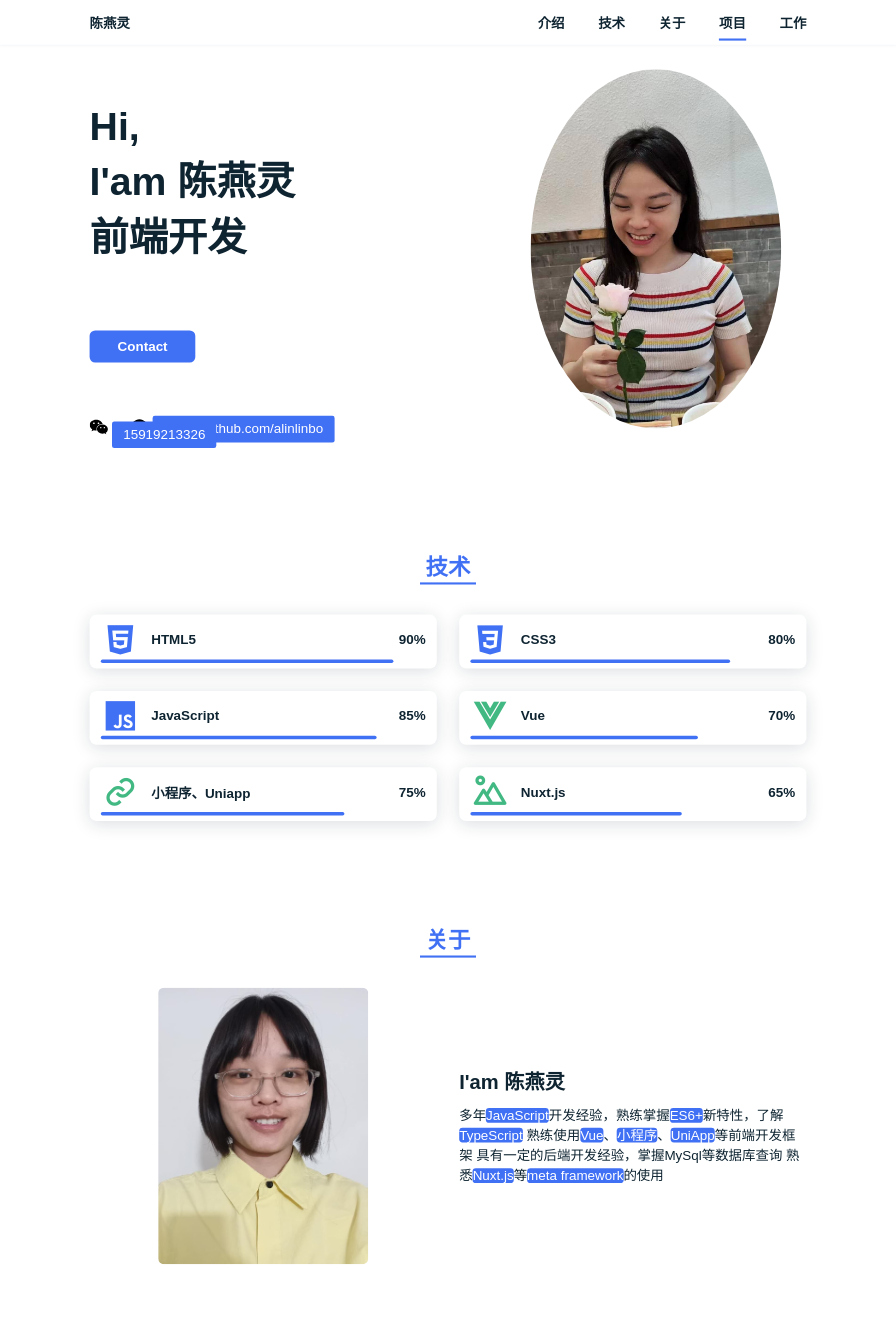
Repository: alinlinbo/yanling-resume-site
Page: index.html
An editor plug-in stored every save of this project. The page is shown before and after the next save, followed by the edit.
The browser window is 1280 px wide. The pictures show the part of the page from y = 0 to 1920 px (the page is 3770 px tall), at 70% of full size.

Above is the page before, as saved 2023-09-18 19:58:10.

### index.html
<!DOCTYPE html>
<html lang="en">

<head>
    <meta charset="UTF-8">
    <meta name="viewport" content="width=device-width, initial-scale=1.0">

    <link rel="stylesheet" href="assets/css/style.css">
    <link href='https://unpkg.com/boxicons@2.1.4/css/boxicons.min.css' rel='stylesheet'>
    <link rel="stylesheet" href="https://cdnjs.cloudflare.com/ajax/libs/font-awesome/5.15.4/css/all.min.css" />
    <title>陈燕灵简历网站</title>

</head>

<body>
    <!-- header -->

    <header class="l-header">
        <nav class="nav bd-grid">
            <div>
                <a href="#" class="nav__logo">陈燕灵</a>
            </div>

            <div class="nav__menu" id="nav-menu">
                <ul class="nav__list">
                    <li class="nav__item">
                        <a href="#home" class="nav__link active">介绍</a>
                    </li>
                    <li class="nav__item">
                        <a href="#skills" class="nav__link">技术</a>
                    </li>
                    <li class="nav__item">
                        <a href="#about" class="nav__link">关于</a>
                    </li>
                    <li class="nav__item">
                        <a href="#project" class="nav__link">项目</a>
                    </li>
                    <li class="nav__item">
                        <a href="#work" class="nav__link">工作</a>
                    </li>

                    <!-- <li class="nav__item">
                        <a href="#contact" class="nav__link">Contact</a>
                    </li> -->
                </ul>
            </div>
            <div class="nav__toggle" id="nav-toggle">
                <svg class="icon svg-icon" aria-hidden="true">
                    <use xlink:href="#icon-list"></use>
                </svg>
            </div>
        </nav>
    </header>

    <main class="l-main">
        <!-- hrme -->
        <section class="home section bd-grid" id="home">
            <div class="home__data">
                <h1 class="home__title">
                    Hi,<br>I'am <span class="home__title-color">陈燕灵</span><br> 前端开发
                </h1>
                <h1 class="phone">电话：15919213326</h1>
                <a href="#" style="position: relative; z-index: 10;" class="button" id="contact">Contact</a>
            </div>
            <div class="home__social">
                <a href="#" class="home__social-icon" id="wechat">
                    <svg class="svg-icon-home icon" aria-hidden="true">
                        <use xlink:href="#icon-weixin"></use>
                    </svg>
                </a>
                <div class="home__social-icon" style="position: relative;">
                    <a href="#">
                        <svg class="svg-icon-home icon" aria-hidden="true">
                            <use xlink:href="#icon-github-fill"></use>
                        </svg>

                    </a>
                    <div class=" home__git">
                        <a href="https://github.com/alinlinbo">https://github.com/alinlinbo</a>
                    </div>
                </div>
                <div class="home__social-icon">
                    <a href="#" >
                        <svg class="svg-icon-home svg-icon icon" aria-hidden="true">
                            <use xlink:href="#icon-phone"></use>
                        </svg>
                    </a>
                    <div class=" home__phone">
                        <div>15919213326</div>
                    </div>
                </div>



                <div class=" home__code">
                    <img src="assets/img/wechat_code.png" alt="">
                </div>


            </div>

            <div class="home__img">
                <img class="home__img" src="assets/img/head1.jpg" alt="">
            </div>
        </section>

        <section class="skills section" id="skills">
            <h2 class="section-title">技术</h2>

            <div class="project__container bd-grid">
                <div class="skills__data">
                    <div class="skills__item">
                        <div class="skill__introduce">
                            <div class="skills__intr__r">
                                <i class='bx bxl-html5 skills__icon'></i><span>HTML5</span>
                            </div>

                            <div class="skills__bar">90%</div>
                        </div>

                        <div class="skills__line skills__line90"></div>
                    </div>
                </div>
                <div class="skills__data">
                    <div class="skills__item">
                        <div class="skill__introduce">
                            <div class="skills__intr__r">
                                <i class='bx bxl-css3 skills__icon'></i><span>CSS3</span>
                            </div>

                            <div class="skills__bar">80%</div>
                        </div>

                        <div class="skills__line80 skills__line"></div>
                    </div>
                </div>
                <div class="skills__data">
                    <div class="skills__item">
                        <div class="skill__introduce">
                            <div class="skills__intr__r">
                                <i class='bx bxl-javascript skills__icon'></i><span>JavaScript</span>
                            </div>

                            <div class="skills__bar">85%</div>
                        </div>

                        <div class="skills__line85 skills__line"></div>
                    </div>
                </div>
                <div class="skills__data">
                    <div class="skills__item">
                        <div class="skill__introduce">
                            <div class="skills__intr__r">
                                <i class='bx bxl-vuejs skills__icon color-vue'></i><span>Vue</span>
                            </div>

                            <div class="skills__bar">70%</div>
                        </div>

                        <div class="skills__line70 skills__line"></div>
                    </div>
                </div>
                <div class="skills__data">
                    <div class="skills__item">
                        <div class="skill__introduce">
                            <div class="skills__intr__r">
                                <i class='bx bx-link skills__icon color-vue'></i><span>小程序、Uniapp</span>
                            </div>

                            <div class="skills__bar">75%</div>
                        </div>

                        <div class=" skills__line skills__line75"></div>
                    </div>
                </div>
                <div class="skills__data">
                    <div class="skills__item">
                        <div class="skill__introduce">
                            <div class="skills__intr__r">
                                <i class='bx bx-landscape skills__icon color-vue'></i><span>Nuxt.js</span>
                            </div>

                            <div class="skills__bar">65%</div>
                        </div>

                        <div class=" skills__line skills__line65"></div>
                    </div>
                </div>
            </div>
        </section>
        <section class="about section" id="about">
            <h2 class="section-title">关于</h2>
            <div class="about__container bd-grid">
                <div class="about__img">
                    <img src="assets/img/about.jpg" alt="">
                </div>
                <div>
                    <h2 class="about__subtitle">I'am 陈燕灵</h2>
                    <p class="about__text">
                        多年<span>JavaScript</span>开发经验，熟练掌握<span>ES6+</span>新特性，了解<span>TypeScript</span>
                        熟练使用<span>Vue</span>、<span>小程序</span>、<span>UniApp</span>等前端开发框架
                        具有一定的后端开发经验，掌握<soan>MySql</soan>等数据库查询
                        熟悉<span>Nuxt.js</span>等<span>meta framework</span>的使用</p>
                </div>
        </section>

        <section class="project section" id="project">
            <h2 class="section-title">项目</h2>
            <div class="project__container bd-grid">
                <div class="project__data">
                    <div class="project__item">
                        <h2 class="project__subtitle">个人线上简历</h2>
                        <span class="project__text">使用Css和JavaScript开发的个人线上简历，利用媒体查询和Rem特性同时适配了PC端和移动端，且实现了一些动画</span>
                    </div>
                </div>
                <div class="project__data">
                    <div class="project__item">
                        <h2 class="project__subtitle">润通联合云管家</h2>
                        <span
                            class="project__text">基于uniapp框架开发的微信小程序的缴费小程序。实现了缴费、房屋管理、报修管理等模块的页面、接口对接以及交互。以及axios封装和导航栏等公用组件的封装。</span>
                    </div>
                </div>
                <div class="project__data">
                    <div class="project__item">
                        <h2 class="project__subtitle">寺院后台管理系统</h2>
                        <span
                            class="project__text">使用jq，bootstrap和vue开发的寺院后台管理系统，实现了文章管理，用户管理,项目管理等模块前端页面的编写与接口的对接，在项目中对ajax请求进行封装，为接口调用添加了拦截器和loading动画，有效减少代码量并提高开发效率</span>
                    </div>
                </div>
                <div class="project__data">
                    <div class="project__item">
                        <h2 class="project__subtitle">寺院公众号项目</h2>
                        <span
                            class="project__text">使用jq开发的微信公众号微站，实现了首页，详情页，我的页面等的接口对接及样式修改，针对业务场景封装底部及顶部导航栏、头部返回等公用组件，提高代码复用</span>
                    </div>
                </div>
                <div class="project__data">
                    <div class="project__item">
                        <h2 class="project__subtitle">1983抽盒机</h2>
                        <span
                            class="project__text">基于原生微信小程序、支付宝小程序商城，项目使用小程序自带的组件，完成了优惠券红包领取、活动页主页、海报分享、抽盲盒等模块的接口对接及样式修改</span>
                    </div>
                </div>
                <div class="project__data">
                    <div class="project__item">
                        <h2 class="project__subtitle">新八佰伴等商城小程序</h2>
                        <span
                            class="project__text">基于uni-app框架开发的微信小程序商城，项目使用uview组件和uni-app自带的组件，完成了购物、详情、提交订单等模块的接口对接及样式修改</span>
                    </div>
                </div>
                <div class="project__data">
                    <div class="project__item">
                        <h2 class="project__subtitle">系统中台</h2>
                        <span class="project__text">基于vue框架，使用ant design组件开发的业务中台,完成商家参数、进口报关模块的交互与接口对接</span>
                    </div>
                </div>
                <div class="project__data">
                    <div class="project__item">
                        <h2 class="project__subtitle">商城管理后台</h2>
                        <span
                            class="project__text">使用vue框架和element-ui开发的商城管理后台，实现了优惠券、文章管理、会员管理等模块部分接口对接与前端小程序页面的编写</span>
                    </div>
                </div>
        </section>

        <section class="work section" id="work">
            <h2 class="section-title">工作</h2>
            <div class="work__container bd-grid">

                <div class="work__data">
                    <div class="work__name">
                        <i class='bx bx-buildings work__icon'></i>
                        <span class="work__name">珠海齐润科技有限公司</span>
                    </div>
                    <div class="work__name">
                        <i class='bx bxs-briefcase-alt-2 work__icon'></i>
                        <span class="work__name">负责使用 Uniapp 开发小程序，以及使用 Vue 开发后台项目。</span>
                    </div>
                    <div class="work__name">
                        <i class='bx bx-time-five work__icon'></i>
                        <span class="work__name">2022-08~2022-01</span>
                    </div>
                </div>
                <div class="work__data">
                    <div class="work__name">
                        <i class='bx bx-buildings work__icon'></i>
                        <span class="work__name">珠海唐佛科技有限公司</span>
                    </div>
                    <div class="work__name">
                        <i class='bx bxs-briefcase-alt-2 work__icon'></i>
                        <span class="work__name">负责使用vue和jquery开发微信公众号、微站和后台管理。</span>
                    </div>
                    <div class="work__name">
                        <i class='bx bx-time-five work__icon'></i>
                        <span class="work__name">2021-03~2022-07</span>
                    </div>
                </div>
                <div class="work__data">
                    <div class="work__name">
                        <i class='bx bx-buildings work__icon'></i>
                        <span class="work__name">珠海横琴智恒运通网络科技</span>
                    </div>
                    <div class="work__name">
                        <i class='bx bxs-briefcase-alt-2 work__icon'></i>
                        <span class="work__name">负责使用 Uniapp 开发小程序，以及使用 Vue 开发后台项目。</span>
                    </div>
                    <div class="work__name">
                        <i class='bx bx-time-five work__icon'></i>
                        <span class="work__name">2020-11~2021-02</span>
                    </div>
                </div>

            </div>
        </section>
        <!-- <section class="contact section" id="contact">
            <h2 class="section-title">Contact</h2>
            <div class="contact__container bd-grid">
                <form action="" class="contact__form">
                    <input type="text" placeholder="Name" class="contact__input">
                    <input type="email" placeholder="Email" class="contact__input">
                    <label for="contact-message"></label>
                    <textarea id="contact-message" name="message" cols="30" rows="10" class="contact__input"></textarea>

                    <input type="button" value="Enviar" class="contact__button button">
                </form>
            </div>
        </section> -->

    </main>

    <footer class="footer">
        <p class="footer__title">陈燕灵</p>
        <div style="display: none;" class="footer__social">
            <a href="#" class="footer__icon"><i class='bx bxl-facebook'></i></a>
            <a href="#" class="footer__icon"><i class='bx bxl-instagram'></i></a>
            <a href="#" class="footer__icon"><i class='bx bxl-twitter'></i></a>
        </div>
        <p>&#169;2023 copyright</p>
    </footer>
    <script src="https://unpkg.com/scrollreveal"></script>
    <script src="assets/js/main.js"></script>
    <script src="assets/js/iconfont.js"></script>
</body>

</html>

Loaded but not shown: assets/js/iconfont.js (library); assets/js/main.js (159 lines, source omitted); assets/css/style.css (851 lines, source omitted)

After the next save:
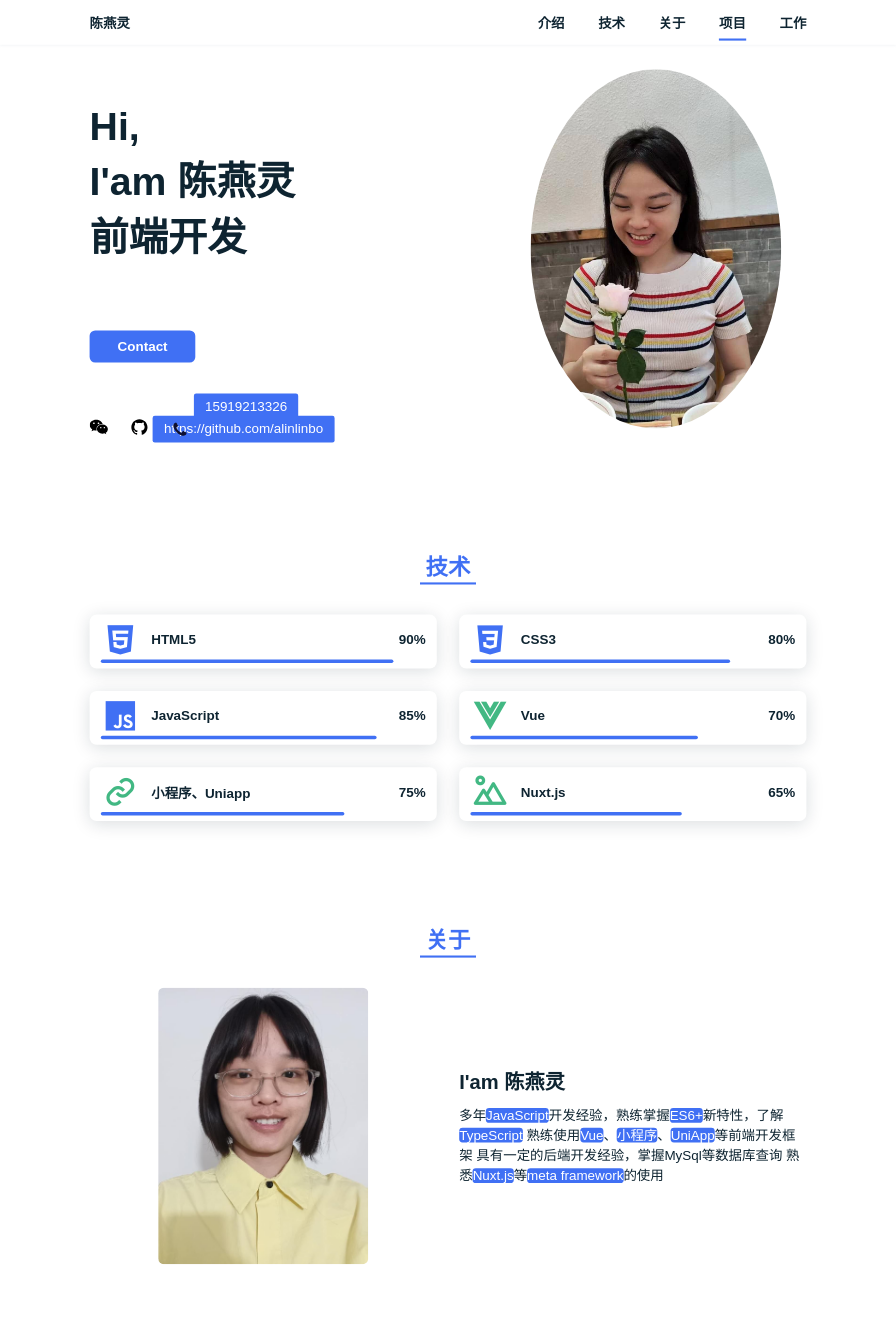
Saved 103 s later.
--- a/index.html
+++ b/index.html
@@ -79,7 +79,7 @@
                         <a href="https://github.com/alinlinbo">https://github.com/alinlinbo</a>
                     </div>
                 </div>
-                <div class="home__social-icon">
+                <div style="position: relative;"  class="home__social-icon">
                     <a href="#" >
                         <svg class="svg-icon-home svg-icon icon" aria-hidden="true">
                             <use xlink:href="#icon-phone"></use>
